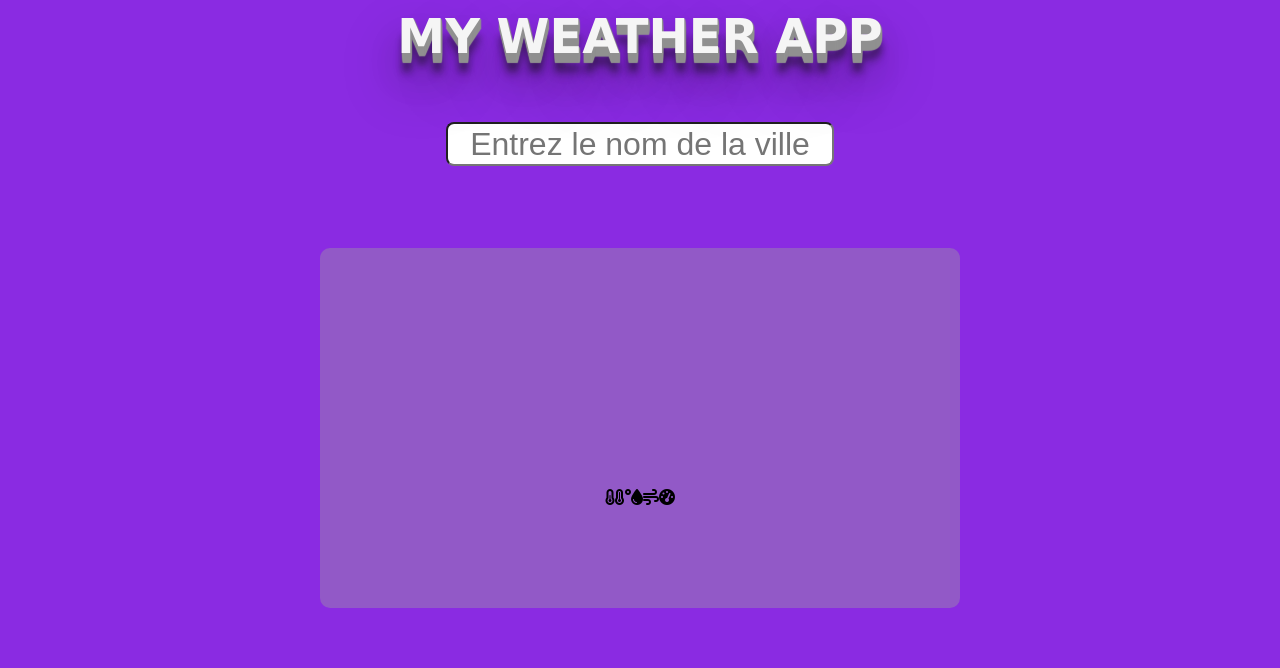
Repository: JeffnyAugustin/MyWeatherApp
Page: index.html
The author's editor kept a copy of each file at every save. The page is drawn from the files as they stood at one save, then again after the next save.
The browser window is 1280 px wide. The pictures show the whole page.

Above is the page before, as saved 2023-11-14 22:34:48.

### index.html
<!DOCTYPE html>
<html lang="fr">

<head>
    <meta charset="UTF-8">
    <meta http-equiv="X-UA-Compatible" content="IE=edge">
    <meta name="viewport" content="width=device-width, initial-scale=1.0">
    <link rel="stylesheet" href="https://cdnjs.cloudflare.com/ajax/libs/font-awesome/6.4.0/css/all.min.css"
        integrity="sha512-iecdLmaskl7CVkqkXNQ/ZH/XLlvWZOJyj7Yy7tcenmpD1ypASozpmT/E0iPtmFIB46ZmdtAc9eNBvH0H/ZpiBw=="
        crossorigin="anonymous" referrerpolicy="no-referrer" />

    <link rel="stylesheet" href="/css/style.css">
    <title>My Weather App</title>
</head>

<body>



    <div id="container"></div>

    <script src="/js/script.js"></script>
</body>

</html>

### css/style.css
* {
    padding : 0;
    margin: 0;
}

body {
    display: flex;
    justify-content: center;
    height: 100vh;
    width: 100vw;
    background-color: blueviolet;
    overflow-y: hidden;
}

#container {
    display: flex;
    flex-direction: column;
    align-items: center;
    justify-content: space-around;
    gap: 20px;

}

#searchBox {
    text-align: center;
    width: 60%;
    height: 40px;
    border-radius: 8px;
    margin-top: 10px;
    font-size: 2rem;
}


#allTogether {
    width: 50VW;
    height: 50VH;
    display: flex;
    flex-direction: column;
    justify-content: space-evenly;
    align-items: center;
    background-color: rgb(158 158 158 / 40%);
    border-radius: 10px;
}

div#meteoElement {
    display: flex;
    flex-direction: row;
    justify-content: space-around;
    flex-wrap: wrap;
}

div#cityElement {
    display: flex;
    flex-direction: row;
    gap: 10px;
    justify-content: center;
}

div#cityDescription {
    display: flex;
    flex-direction: column;
    gap: 20PX;
}

#prevision {
    background-color: rgb(134 126 126 / 41%);
    display: flex;
    flex-direction: row;
    justify-content: center;
    align-items: center;
    gap: 10px;
}

.day-forecast {
    display: flex;
    flex-direction: column;
    align-items: center;
    height: 100%;
    width: 230px;
    background-color: #c1a8b6;
}


p {
    font-size: 2rem;
    color: white;
}

p.cityName {
    text-align: center;
}

h1.textTitle {
    position: absolute;
    top: 5%;
    right: 50%;
    transform: translate(50%,-50%);
    text-transform: uppercase;
    font-family: verdana;
    font-size: 3em;
    font-weight: 700;
    color: #f5f5f5;
    text-shadow: 1px 1px 1px #919191,
        1px 2px 1px #919191,
        1px 3px 1px #919191,
        1px 4px 1px #919191,
        1px 5px 1px #919191,
        1px 6px 1px #919191,
        1px 7px 1px #919191,
        1px 8px 1px #919191,
        1px 9px 1px #919191,
        1px 10px 1px #919191,
    1px 18px 6px rgba(16,16,16,0.4),
    1px 22px 10px rgba(16,16,16,0.2),
    1px 25px 35px rgba(16,16,16,0.2),
    1px 30px 60px rgba(16,16,16,0.4);
}

### js/script.js
// Clé D'api
const API_KEY = "b476218e49ef0d0755a713e9ba77f79a";
// Lien vers L'api finissant par une recherche
const API_URL = `https://api.openweathermap.org/data/2.5/forecast?appid=${API_KEY}&units=metric&lang=fr&q=`;


const divContain = document.getElementById("container");
divContain.id = "container";


const titleDiv = document.createElement("div");
titleDiv.className = "title";

// Création H1
const heading = document.createElement('h1');
heading.className = "textTitle"

// Set the text content of the h1 element
heading.textContent = 'My Weather App';




// Création barre de recherche
const inputSearch = document.createElement("input");
inputSearch.id = "searchBox";
inputSearch.type = "text";
inputSearch.placeholder = "Entrez le nom de la ville"; // Ajout du placeholder

// Création de div
const newDiv = document.createElement("div");
newDiv.id = "allTogether";

// Création de div
const forecastDiv = document.createElement("div");
forecastDiv.id = "prevision";




const infoCityDiv = document.createElement("div");
infoCityDiv.id = "cityDescription";


// Création de div oiuyr stocker img + description
const cityImgDiv = document.createElement("div");
cityImgDiv.id = "cityElement";

// Création de div pour afficher les informations météorologiques
const weather = document.createElement("div");
weather.id = "meteoElement";

// Création balise paragraphe pour collecter le nom de la ville
const cityName = document.createElement("p");
cityName.className = "cityName";

// Création de div pour afficher la température
const temperatureDiv = document.createElement("div");
temperatureDiv.className = "temperature-container";

// Création balise paragraphe
const temperature = document.createElement("p");
temperature.className = "temps";

// Création de div pour afficher le temps ressenti
const feelsLikeDiv = document.createElement("div");
feelsLikeDiv.className = "feels-like-container";

// Création balise paragraphe pour la sensation thermique
const feelsLike = document.createElement("p");
feelsLike.className = "feels-like";

// Création de div pour afficher l'humidité
const humidityDiv = document.createElement("div");
humidityDiv.className = "humidity-container";

// Création de balise paragraphe pour l'humidité
const humidity = document.createElement("p");
humidity.className = "humidity";

// Création de div pour afficher le vent
const windDiv = document.createElement("div");
windDiv.className = "wind-container";

// Création de balise wind
const DataWind = document.createElement("p");
DataWind.className = "wind";



// Création de div pour l'humidité
const pressureDiv = document.createElement("div");
pressureDiv.className = "pressure-container";

// Création de balise paragraphe pour la pression atmosphérique
const pressure = document.createElement("p");
pressure.className = "pressure";

// Création de div pour afficher la description
const descriptionDiv = document.createElement("div");
descriptionDiv.className = "description-container";

// Création de balise paragraphe pour la description
const description = document.createElement("p");
description.className = "description";



// Création balise image
const image = document.createElement("img");

// Création balise icône pour la température
const temperatureIcon = document.createElement("i");
temperatureIcon.className = "fas fa-thermometer-half";

// Création balise icône pour la sensation thermique
const feelsLikeIcon = document.createElement("i");
feelsLikeIcon.className = "fas fa-temperature-high";

// Création balise icône pour l'humidité
const humidityIcon = document.createElement("i");
humidityIcon.className = "fas fa-tint";

// Création balise icône pour le vent
const windIcon = document.createElement("i");
windIcon.className = "fas fa-wind";

// Création balise icône pour la pression
const pressureIcon = document.createElement("i");
pressureIcon.className = "fas fa-tachometer-alt";



temperatureDiv.append(temperatureIcon, temperature); // ajout de l'icône

feelsLikeDiv.append(feelsLikeIcon, feelsLike); // ajout de l'icône

humidityDiv.append(humidityIcon, humidity); // ajout de l'icône

windDiv.append(windIcon, DataWind); // ajout de l'icône

pressureDiv.append(pressureIcon, pressure)

descriptionDiv.appendChild( description); // ajout de l'icône




// Function to format the date and time
function formatDateTime() {
    const currentDate = new Date();
    const options = { weekday: 'long', year: 'numeric', month: 'long', day: 'numeric', hour: 'numeric', minute: 'numeric'};
    return currentDate.toLocaleDateString('fr-FR', options);
}

// Create a div to display the date and time
    const dateTimeDiv = document.createElement("div");
    dateTimeDiv.id = "dateTime";
    infoCityDiv.appendChild(dateTimeDiv);

function checkWeather(city) {
    fetch(API_URL + city)
        .then(res => {
            if (!res.ok) {
                throw new Error("La ville n'a pas été trouvée");
            }
            return res.json();
        })
        .then(data => {
            cityName.textContent = data.city.name;
            image.src = `http://openweathermap.org/img/w/${data.list[0].weather[0].icon}.png`;

            description.textContent = data.list[0].weather[0].description;
            temperature.innerHTML = ` Température :  ${Math.round(data.list[0].main.temp)}°C `;
            feelsLike.textContent = "Temps Ressenti : " + Math.round(data.list[0].main.feels_like) + "°C";
            humidity.textContent = "humidityIcon : " + data.list[0].main.humidity + "%";
            DataWind.textContent = "Vitesse du vent : " + Math.floor(data.list[0].wind.speed) + " Km/h";
            pressure.textContent = "Pression : " + data.list[0].main.pressure + " hPa";


             // Afficher les prévisions pour les 5 prochains jours
             for (let i = 0; i < data.list.length; i += 8) {
                const dayForecast = document.createElement("div");
                dayForecast.className = "day-forecast";

                const date = new Date(data.list[i].dt * 1000);
                const dayName = new Intl.DateTimeFormat('fr-FR', { weekday: 'long' }).format(date);

                const dayNameElement = document.createElement("p");
                dayNameElement.textContent = dayName;

                const iconElement = document.createElement("img");
                iconElement.src = `http://openweathermap.org/img/w/${data.list[i].weather[0].icon}.png`;

                const descriptionElement = document.createElement("p");
                descriptionElement.textContent = data.list[i].weather[0].description;

                const temperatureElement = document.createElement("p");
                temperatureElement.textContent = ` ${Math.round(data.list[i].main.temp)}°C`;

                dayForecast.append(dayNameElement, iconElement, descriptionElement, temperatureElement);
                forecastDiv.appendChild(dayForecast);
             }

               // Display the date and time
               dateTimeDiv.textContent = "Date du jour : " + formatDateTime();

        })
        .catch(error => {
            console.error("Erreur de requête :", error.message);
            // Ajoutez ici un traitement pour informer l'utilisateur de l'erreur
        });
}

inputSearch.addEventListener("change", () => {
    checkWeather(inputSearch.value);
});


weather.append(temperatureDiv, feelsLikeDiv, humidityDiv, windDiv, pressureDiv); // ajout des éléments Weather
newDiv.append(infoCityDiv, weather); // ajout du conteneur Weather à newDiv
infoCityDiv.append(cityName, cityImgDiv)
cityImgDiv.append(image, descriptionDiv)
titleDiv.appendChild(heading)
divContain.append(titleDiv, inputSearch, newDiv, forecastDiv); // ajout de tous les éléments à divContain
document.body.appendChild(divContain);



// Mise à jour des informations météorologiques toutes les 5 minutes
setInterval(function () {
    // Ici, mettre à jour les informations de la météo à l'aide de l'API ou d'autres sources
    // Vous pouvez appeler la fonction checkWeather avec la dernière ville recherchée
    checkWeather(inputSearch.value);
}, 5 * 60 * 1000);

After the next save:
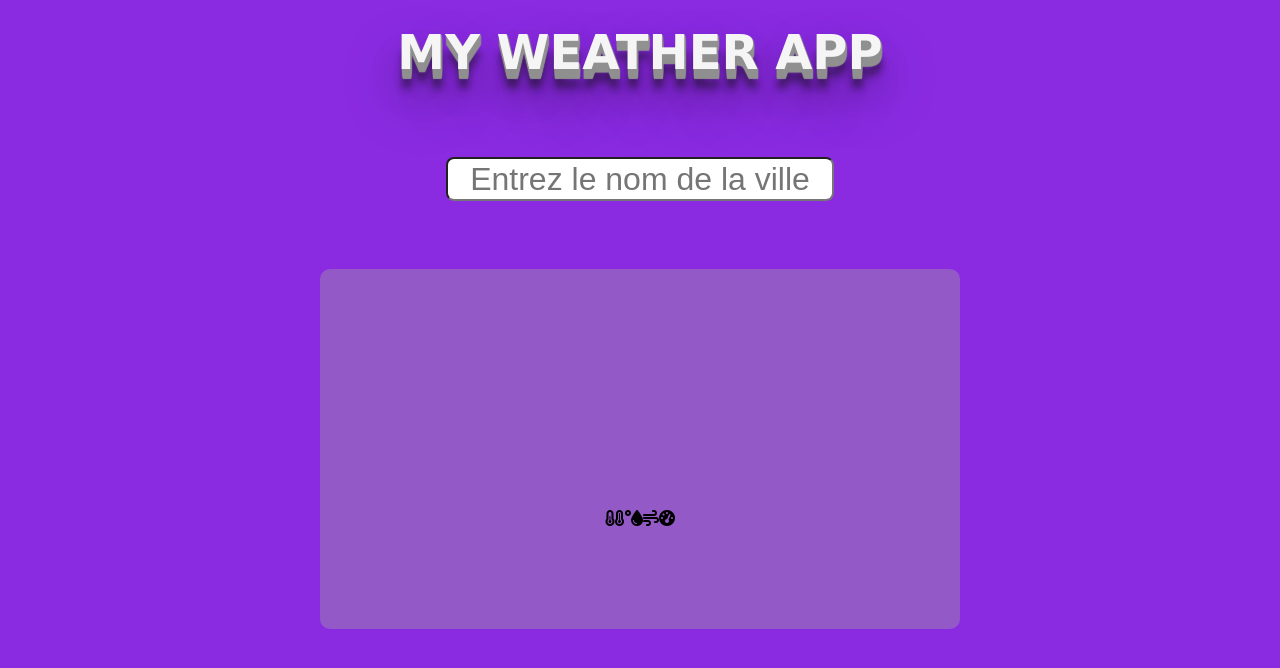
Saved 53 s later.
--- a/css/style.css
+++ b/css/style.css
@@ -91,10 +91,6 @@ p.cityName {
 }
 
 h1.textTitle {
-    position: absolute;
-    top: 5%;
-    right: 50%;
-    transform: translate(50%,-50%);
     text-transform: uppercase;
     font-family: verdana;
     font-size: 3em;
